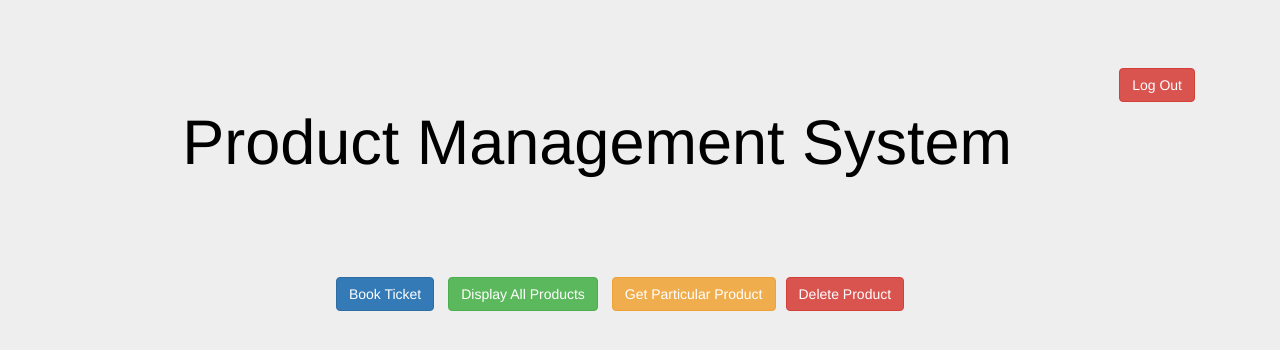
Repository: krutishilp/Sample
Page: JAVA-Eclipse-workspace/productmanagement-webapp/src/main/webapp/welcome.html
An editor plug-in stored every save of this project. The page is shown before and after the next save, followed by the edit.
The browser window is 1280 px wide. The pictures show the whole page.

Above is the page before, as saved 2020-09-04 14:09:16.

### JAVA-Eclipse-workspace/productmanagement-webapp/src/main/webapp/welcome.html
<!DOCTYPE html>
<html>
<head>
<meta charset="ISO-8859-1">
<title>Order Processing System</title>
<link rel="stylesheet"
	href="https://maxcdn.bootstrapcdn.com/bootstrap/3.3.7/css/bootstrap.min.css"
	integrity="sha384-BVYiiSIFeK1dGmJRAkycuHAHRg32OmUcww7on3RYdg4Va+PmSTsz/K68vbdEjh4u"
	crossorigin="anonymous">

<style type="text/css">
.container {
	padding: 20px;
	align-items: center;
}

.btn {
	margin-right: 10px;
	margin-bottom: 30px;
}

#logout {
	float: right;
}

.links {
	margin-right: 30px;
}
</style>
</head>
<body class="jumbotron text-center">

	<div class="container">
		<a class="btn btn-danger" href="logOut" id="logout">Log Out</a> <br>
		<h1 style="margin-bottom: 100px;">Product Management System</h1>
		<div class="links">

			<a class="btn btn-primary" href="createProduct.jsp">Book Ticket</a> <a
				class="btn btn-success" href="displayAllProducts">Display All
				Products</a> <a class="btn btn-warning" href="getProduct.jsp">Get
				Particular Product</a><a class="btn btn-danger" href="deleteProduct.jsp">Delete Product</a>
		</div>
	</div>
</body>
</html>

After the next save:
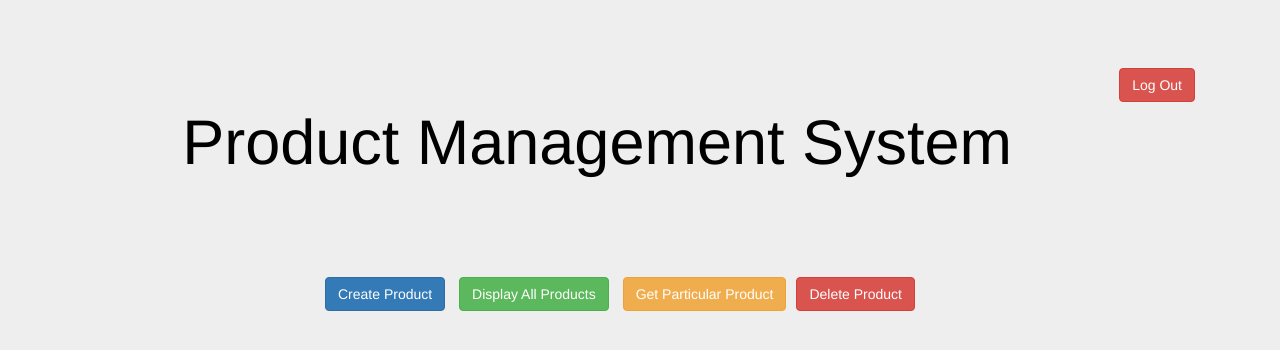
Saved 8 min 11 s later.
--- a/JAVA-Eclipse-workspace/productmanagement-webapp/src/main/webapp/welcome.html
+++ b/JAVA-Eclipse-workspace/productmanagement-webapp/src/main/webapp/welcome.html
@@ -35,7 +35,7 @@
 		<h1 style="margin-bottom: 100px;">Product Management System</h1>
 		<div class="links">
 
-			<a class="btn btn-primary" href="createProduct.jsp">Book Ticket</a> <a
+			<a class="btn btn-primary" href="createProduct.jsp">Create Product</a> <a
 				class="btn btn-success" href="displayAllProducts">Display All
 				Products</a> <a class="btn btn-warning" href="getProduct.jsp">Get
 				Particular Product</a><a class="btn btn-danger" href="deleteProduct.jsp">Delete Product</a>
